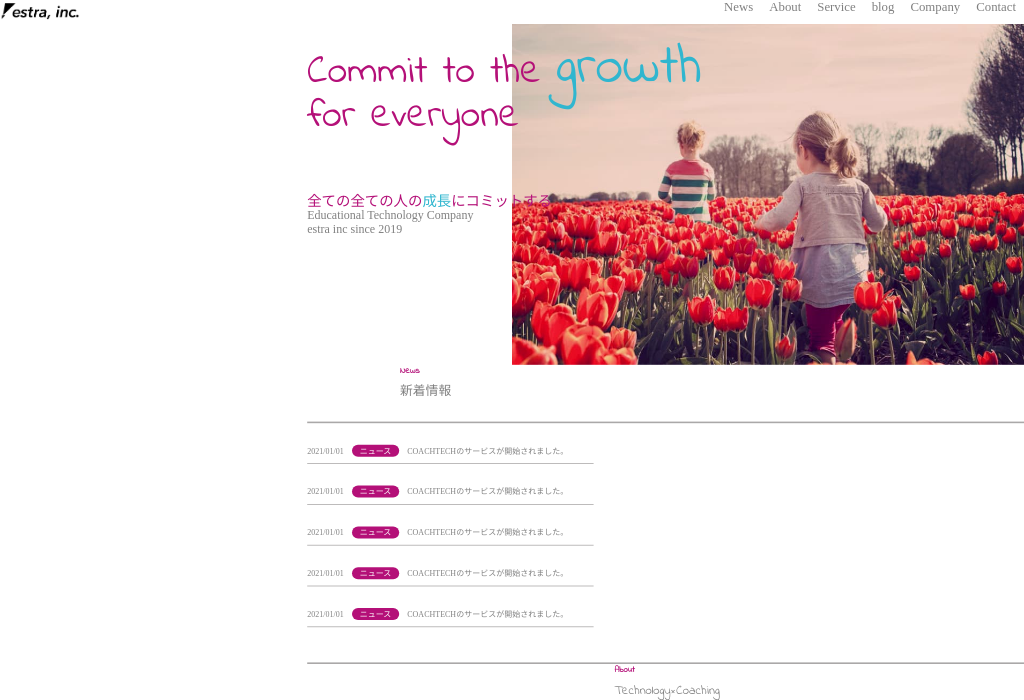
Repository: sigemasaasuka/20210902
Page: index.html
An editor plug-in stored every save of this project. The page is shown before and after the next save, followed by the edit.
The browser window is 1280 px wide. The pictures show the whole page, at 80% of full size.

Above is the page before, as saved 2021-09-20 16:27:05.

After the next save:
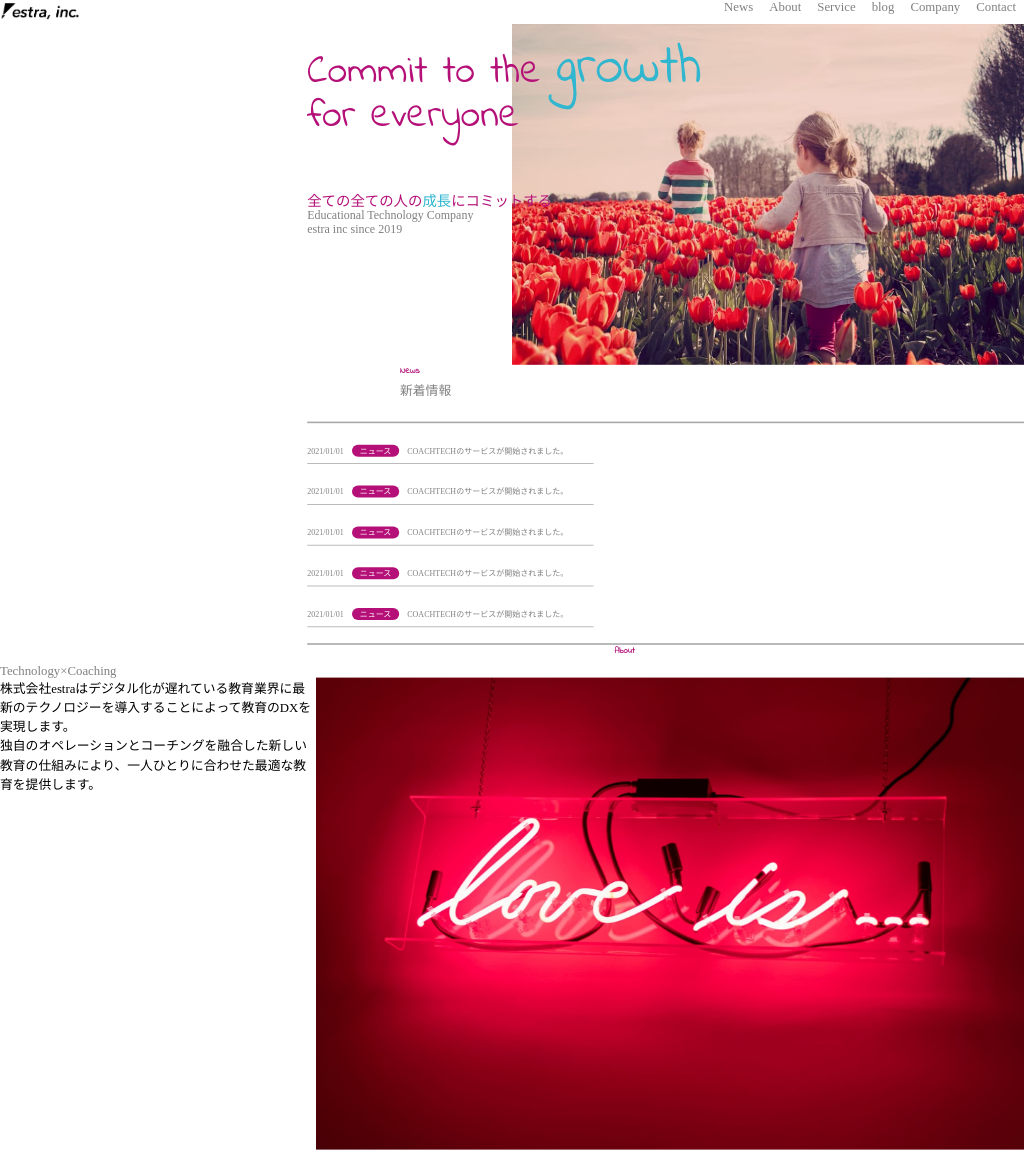
Saved 3 days later.
--- a/index.html
+++ b/index.html
@@ -15,7 +15,7 @@
 <body>
   <div class="flex">
     <div class="logo">
-    <img src="img/img/estra_logo.png" alt="estra_logo" width="100px" height="30px">
+      <img src="img/img/estra_logo.png" alt="estra_logo" width="100px" height="30px">
     </div>
     <div class="parent">
       <div class="child">News</div>
@@ -32,49 +32,67 @@
     <div class="example">
       <h1>Commit to the <span class="document"> growth</span> <br>for everyone</h1>
     </div>
-      <div class="second">
-        <h3>全ての全ての人の<span class="second-txt">成長</span>にコミットする</h3>
-        <p class="subtitle">Educational Technology Company<br>estra inc since 2019</p>
-      </div>
+    <div class="second">
+      <h3>全ての全ての人の<span class="second-txt">成長</span>にコミットする</h3>
+      <p class="subtitle">Educational Technology Company<br>estra inc since 2019</p>
     </div>
-    <div class="smlltitle">
+  </div>
+  <div class="smlltitle">
     <h6>News</h6>
-    </div>
-    <div class="list">
-      <h3>新着情報</h3>
-    </div>
-    <div class="local">
-      <div class="info">
+  </div>
+  <div class="list">
+    <h3>新着情報</h3>
+  </div>
+  <div class="local">
+    <div class="info">
       <p>
         2021/01/01　<a class="practice__btn">ニュース</a>　COACHTECHのサービスが開始されました。
       </p>
-      </div>
-      <div class="info">
-        <p>
-          2021/01/01　<a class="practice__btn">ニュース</a>　COACHTECHのサービスが開始されました。
-        </p>
-      </div>
-      <div class="info">
-        <p>
-          2021/01/01　<a class="practice__btn">ニュース</a>　COACHTECHのサービスが開始されました。
-        </p>
-      </div>
-      <div class="info">
-        <p>
-          2021/01/01　<a class="practice__btn">ニュース</a>　COACHTECHのサービスが開始されました。
-        </p>
-      </div>
-      <div class="info">
-        <p>
-          2021/01/01　<a class="practice__btn">ニュース</a>　COACHTECHのサービスが開始されました。
-        </p>
-      </div>
-  　</div>
-  <div class="smlltitle-2">
-    <h6>About</h6>
+    </div>
+    <div class="info">
+      <p>
+        2021/01/01　<a class="practice__btn">ニュース</a>　COACHTECHのサービスが開始されました。
+      </p>
+    </div>
+    <div class="info">
+      <p>
+        2021/01/01　<a class="practice__btn">ニュース</a>　COACHTECHのサービスが開始されました。
+      </p>
+    </div>
+    <div class="info">
+      <p>
+        2021/01/01　<a class="practice__btn">ニュース</a>　COACHTECHのサービスが開始されました。
+      </p>
+    </div>
+    <div class="info">
+      <p>
+        2021/01/01　<a class="practice__btn">ニュース</a>　COACHTECHのサービスが開始されました。
+      </p>
+    </div>
+  </div>
+  <div class="colored">
+    <div class="smlltitle-2">
+      <h6>About</h6>
+    </div>
     <div class="list-2">
       <h3>Technology×Coaching</h3>
     </div>
+    <div class="flex">
+    <div class="info-txt">
+      <div class="relate">
+        株式会社estraはデジタル化が遅れている教育業界に最新のテクノロジーを導入することによって教育のDXを実現します。
+      </div>
+      <div class="relate-txt">
+        独自のオペレーションとコーチングを融合した新しい教育の仕組みにより、一人ひとりに合わせた最適な教育を提供します。
+      </div>
+    </div>
+    <div class="about">
+      <img class="picture__img" src="img/img/about.jpg" alt="about">
+
+    </div>
+   </div>
+  </div>
+
 
 </body>
 
